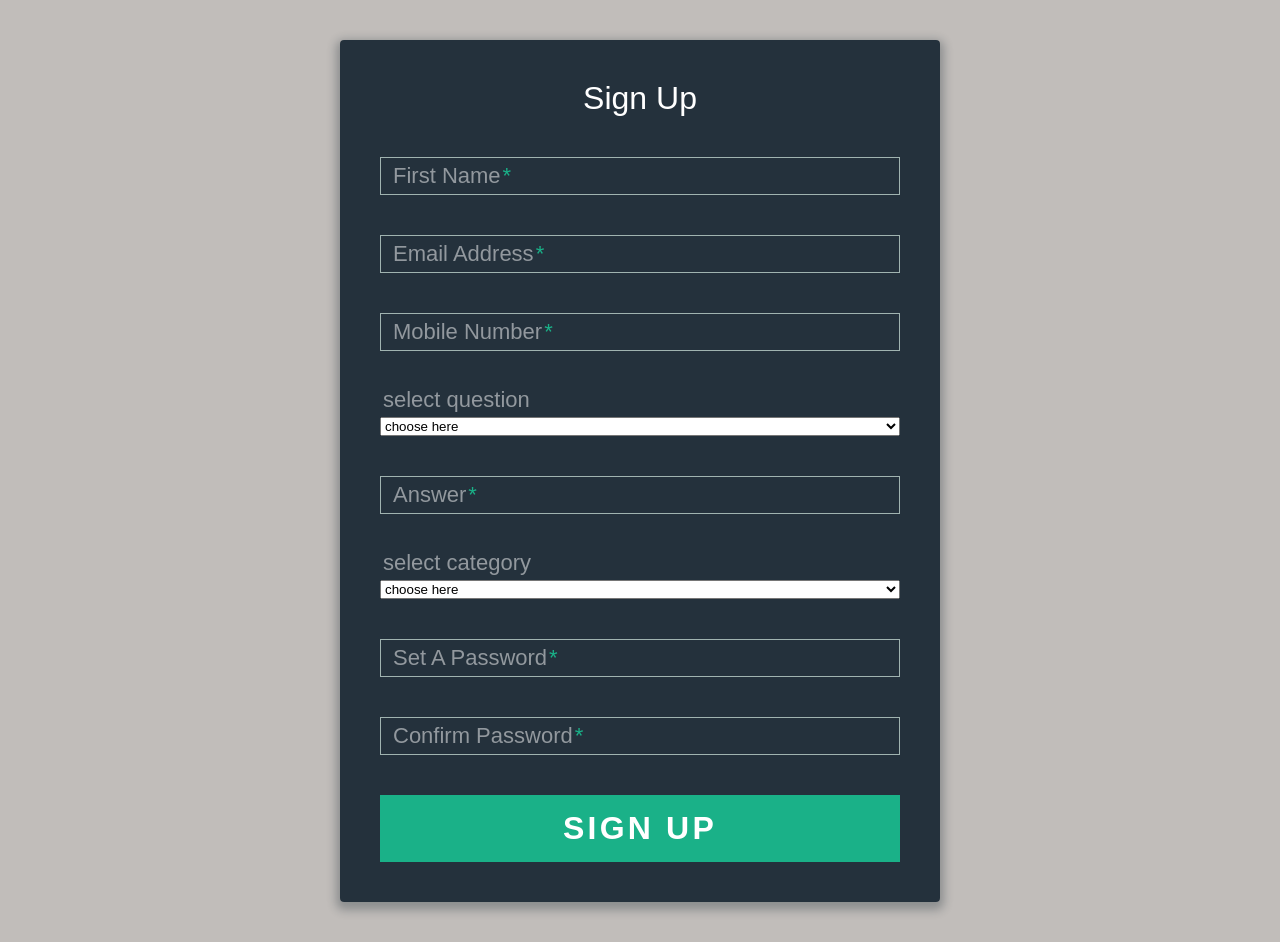
Repository: Jairam123/myProject
Page: http://localhost/CustomerComplaintSystem/Webapps/signUp.jsp
An editor plug-in stored every save of this project. The page is shown before and after the next save, followed by the edit.
The browser window is 1280 px wide. The pictures show the whole page.
The page is served by Tomcat 9.

Above is the page before, as saved 2017-03-24 11:04:39.

After the next save:
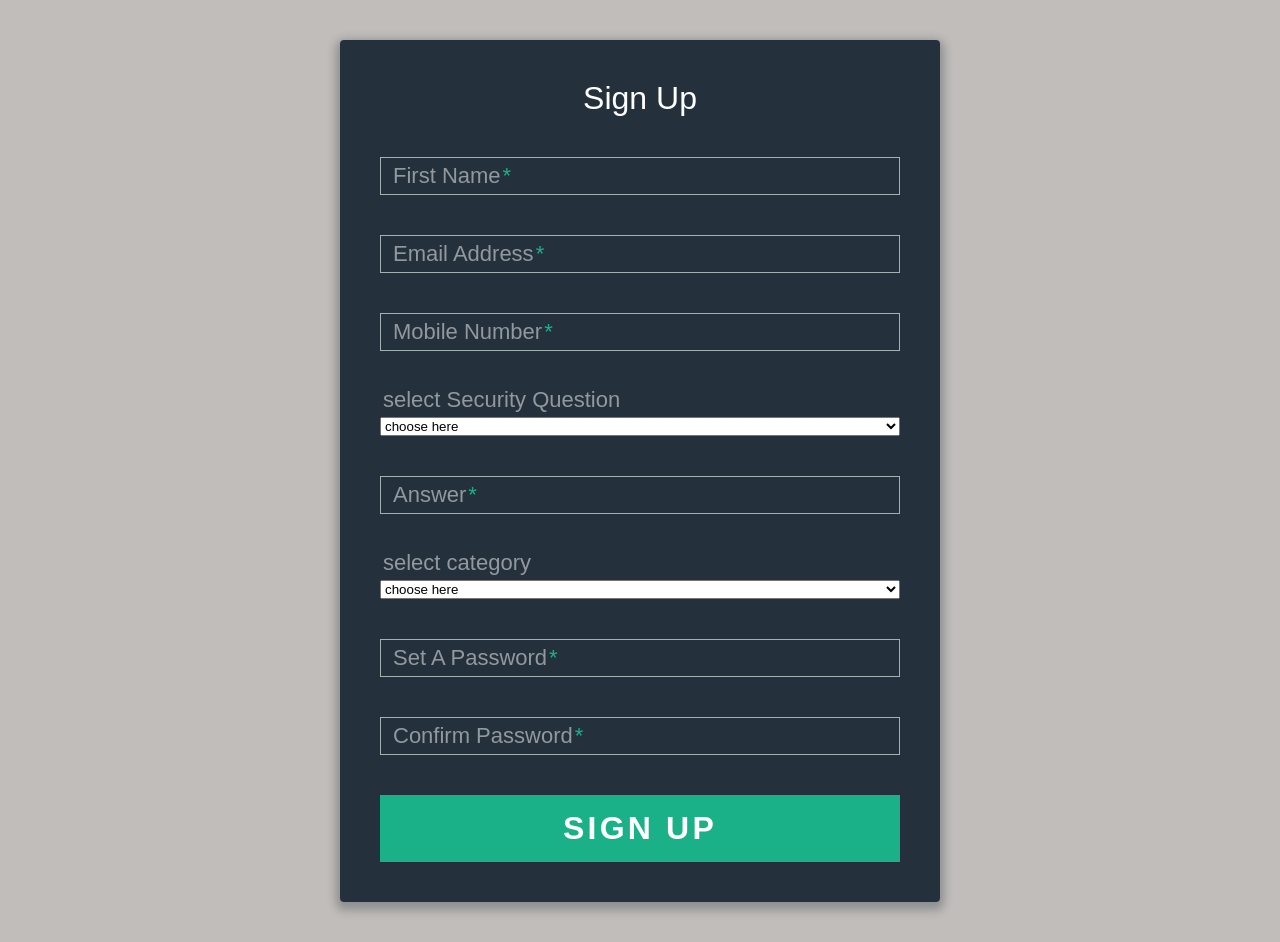
Saved 2 min 2 s later.
--- a/ram/CustomerComplaintSystem/Webapps/signUp.jsp
+++ b/ram/CustomerComplaintSystem/Webapps/signUp.jsp
@@ -1,5 +1,5 @@
 <%@ page language="java" contentType="text/html; charset=UTF-8"
-    pageEncoding="UTF-8"%>
+	pageEncoding="UTF-8"%>
 <!DOCTYPE html PUBLIC "-//W3C//DTD HTML 4.01 Transitional//EN" "http://www.w3.org/TR/html4/loose.dtd">
 <html>
 <head>
@@ -8,91 +8,64 @@
 <link rel="stylesheet" href="style.css">
 </head>
 <body>
-<div class="form">
+	<div class="form">
 
-     <h1>Sign Up</h1>
-       <div id="signup">
+		<h1>Sign Up</h1>
+		<div id="signup">
+			<form action="/" method="post">
+				<div class="field-wrap">
+					<label> First Name<span class="req">*</span>
+					</label> <input type="text" required autocomplete="off" id="first_name" />
+				</div>
+				<div class="field-wrap">
+					<label> Email Address<span class="req">*</span>
+					</label> <input type="email" required autocomplete="off" />
+				</div>
+				<div class="field-wrap">
+					<label> Mobile Number<span class="req">*</span>
+					</label> <input type="text" required autocomplete="off" />
+				</div>
+				<div class="field-wrap" style="margin-top: -10px;">
+					<label style="margin-left: -10px;">select Security Question </label> <br>
+					<br> <select name="cars" style="width: 100%;" required>
+						<option selected disabled>choose here</option>
+						<option value="volvo">Volvo</option>
+						<option value="saab">Saab</option>
+						<option value="fiat">Fiat</option>
+						<option value="audi">Audi</option>
+					</select>
+				</div>
 
-          <form action="/" method="post">
+				<div class="field-wrap">
+					<label> Answer<span class="req">*</span>
+					</label> <input type="text" required autocomplete="off" />
+				</div>
 
+				<div class="field-wrap" style="margin-top: -10px;">
+					<label style="margin-left: -10px;">select category </label> <br>
+					<br> <select name="cars" style="width: 100%;" required>
+						<option selected disabled>choose here</option>
+						<option value="volvo">Volvo</option>
+						<option value="saab">Saab</option>
+						<option value="fiat">Fiat</option>
+						<option value="audi">Audi</option>
+					</select>
+				</div>
+				<div class="field-wrap">
+					<label> Set A Password<span class="req">*</span>
+					</label> <input type="password" required autocomplete="off" id="password" />
+				</div>
+				<div class="field-wrap">
+					<label> Confirm Password<span class="req">*</span>
+					</label> <input type="password" required autocomplete="off"
+						id="confirm_password" />
+				</div>
+				<button type="submit" class="button button-block" />
+				Sign Up
+				</button>
 
-            <div class="field-wrap">
-              <label>
-                First Name<span class="req">*</span>
-              </label>
-              <input type="text" required autocomplete="off" id="first_name" />
-            </div>
+			</form>
 
-
-
-          <div class="field-wrap">
-            <label>
-              Email Address<span class="req">*</span>
-            </label>
-            <input type="email"required autocomplete="off"/>
-          </div>
-         <div class="field-wrap">
-            <label>
-              Mobile Number<span class="req">*</span>
-            </label>
-            <input type="text"required autocomplete="off"/>
-          </div>
-
-            <div class="field-wrap" style="margin-top:-10px;">
-              <label style="margin-left:-10px;">select question
-            </label>
-                   <br>
-                   <br>
-                <select name="cars" style="width: 100%;" required >
-                <option selected disabled>choose here</option>
-                <option value="volvo">Volvo</option>
-                <option value="saab">Saab</option>
-                <option value="fiat">Fiat</option>
-                <option value="audi">Audi</option>
-              </select>
-          </div>
-
-            <div class="field-wrap">
-            <label>
-              Answer<span class="req">*</span>
-            </label>
-            <input type="text"required autocomplete="off"/>
-          </div>
-
-          <div class="field-wrap" style="margin-top:-10px;">
-              <label style="margin-left:-10px;">select category
-            </label>
-                   <br>
-                   <br>
-                <select name="cars" style="width: 100%;" required >
-                <option selected disabled>choose here</option>
-                <option value="volvo">Volvo</option>
-                <option value="saab">Saab</option>
-                <option value="fiat">Fiat</option>
-                <option value="audi">Audi</option>
-              </select>
-          </div>
-           <div class="field-wrap">
-            <label>
-              Set A Password<span class="req">*</span>
-            </label>
-            <input type="password"required autocomplete="off" id="password"/>
-          </div>
-            <div class="field-wrap">
-            <label>
-              Confirm Password<span class="req">*</span>
-            </label>
-            <input type="password"required autocomplete="off" id="confirm_password"/>
-          </div>
-
-
-
-          <button type="submit" class="button button-block"/>Sign Up</button>
-
-          </form>
-
-        </div>
-
-
+		</div>
 </body>
 </html>
